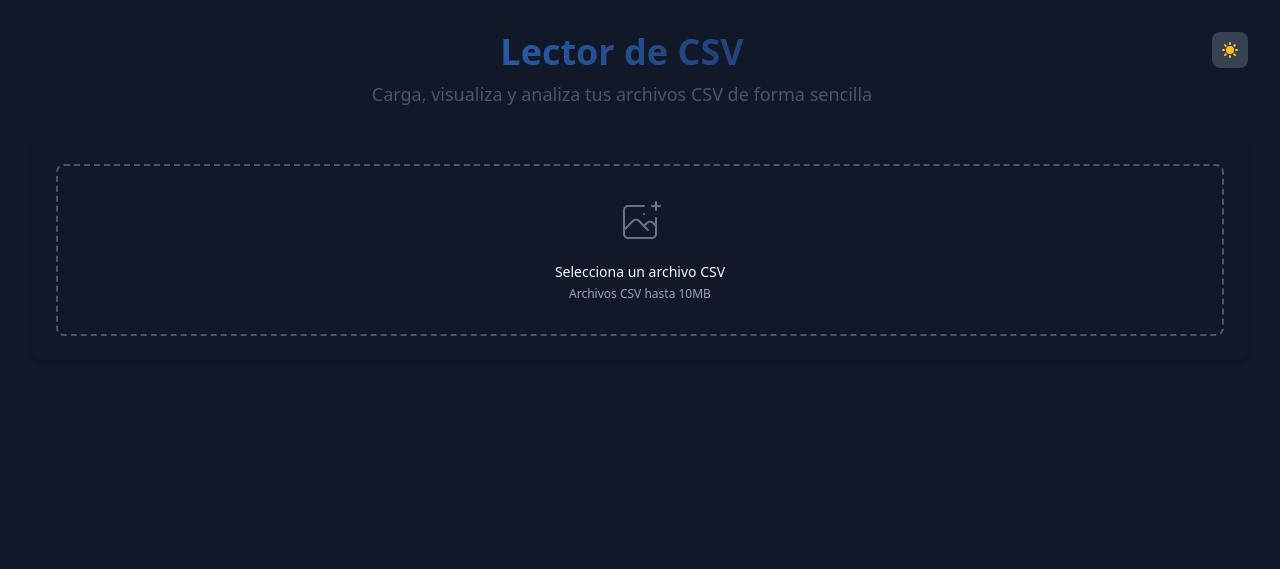
Repository: aitorcachero/lector-csv
Page: /
The author's editor kept a copy of each file at every save. The page is drawn from the files as they stood at one save, then again after the next save.
The browser window is 1280 px wide. The pictures show the whole page.
The project was rebuilt for these pictures with package versions that can differ from the ones it lists, and the page was loaded fresh each time. The framework's server and built-in components were replaced by stand-ins that run in the browser. Also part of the build but not shown: next.config.mjs, src/components/LoadingSpinner.js, src/components/ErrorMessage.js, src/components/SearchBar.js, src/components/ColumnSelector.js, src/components/DataTable.js, src/components/Pagination.js.

Above is the page before, as saved 2025-06-23 12:11:24.

After the next save:
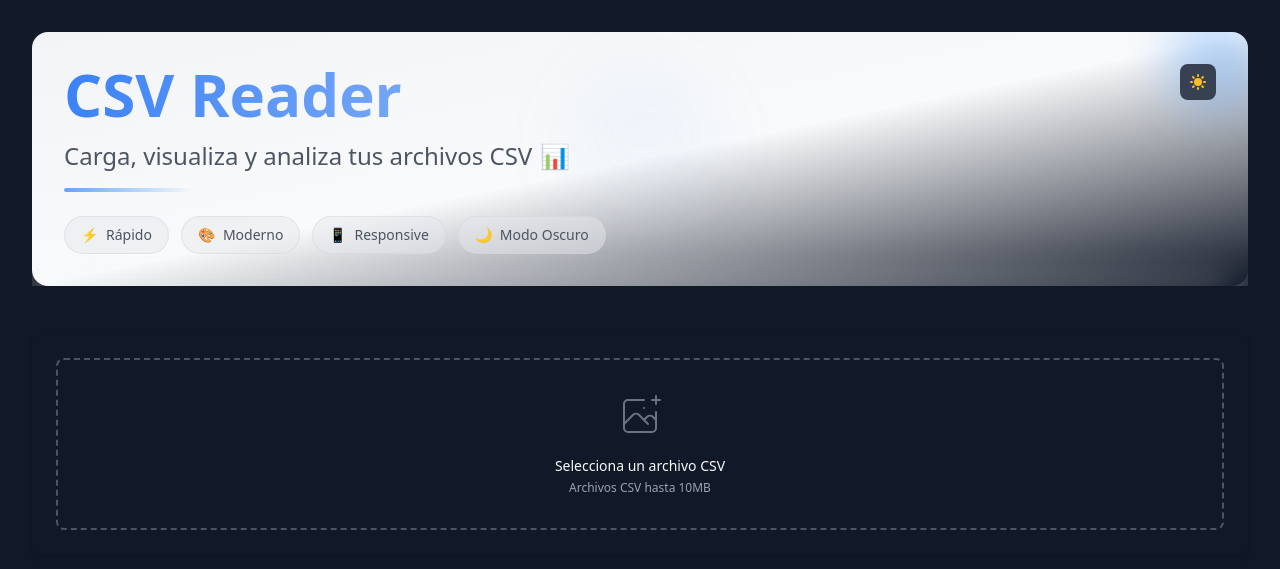
Saved 58 s later.
--- a/src/components/HeaderSection.js
+++ b/src/components/HeaderSection.js
@@ -5,24 +5,111 @@ export default function HeaderSection() {
   const { isDarkMode } = useTheme();
 
   return (
-    <div className="text-center mb-8">
-      <div className="flex justify-between items-start mb-4">
-        <div className="flex-1">
-          <h1 className={`text-4xl font-bold mb-2 bg-clip-text text-transparent bg-gradient-to-r ${
-            isDarkMode
-              ? 'from-blue-400 to-purple-400'
-              : 'from-blue-600 to-purple-600'
-          }`}>
-            Lector de CSV
-          </h1>
-          <p className={`text-lg transition-colors duration-300 ${
-            isDarkMode ? 'text-gray-300' : 'text-gray-600'
-          }`}>
-            Carga, visualiza y analiza tus archivos CSV de forma sencilla
-          </p>
+    <div className="relative overflow-hidden mb-12">
+      {/* Fondo con gradiente moderno */}
+      <div
+        className={`relative rounded-2xl p-8 transition-all duration-500 ${
+          isDarkMode
+            ? 'bg-gradient-to-br from-gray-800 via-gray-900 to-black shadow-2xl shadow-gray-900/50'
+            : 'bg-gradient-to-br from-blue-50 via-indigo-50 to-purple-50 shadow-2xl shadow-blue-200/30'
+        }`}
+      >
+        {/* Elementos decorativos animados */}
+        <div className="absolute inset-0 overflow-hidden rounded-2xl">
+          <div
+            className={`absolute -top-4 -right-4 w-24 h-24 rounded-full blur-xl opacity-30 animate-pulse ${
+              isDarkMode ? 'bg-blue-500' : 'bg-purple-400'
+            }`}
+          ></div>
+          <div
+            className={`absolute -bottom-4 -left-4 w-32 h-32 rounded-full blur-xl opacity-20 animate-pulse ${
+              isDarkMode ? 'bg-purple-500' : 'bg-blue-400'
+            }`}
+            style={{ animationDelay: '1s' }}
+          ></div>
+          <div
+            className={`absolute top-1/2 left-1/2 transform -translate-x-1/2 -translate-y-1/2 w-40 h-40 rounded-full blur-2xl opacity-10 ${
+              isDarkMode
+                ? 'bg-gradient-to-r from-blue-500 to-purple-500'
+                : 'bg-gradient-to-r from-purple-400 to-blue-400'
+            }`}
+            style={{ animation: 'spin 20s linear infinite' }}
+          ></div>
         </div>
-        <ThemeToggle />
+
+        {/* Contenido principal */}
+        <div className="relative z-10">
+          <div className="flex justify-between items-start mb-6">
+            <div className="flex-1">
+              {/* Título simple con gradiente elegante */}
+              <h1
+                className={`text-5xl md:text-6xl font-bold mb-4 bg-clip-text text-transparent bg-gradient-to-r ${
+                  isDarkMode
+                    ? 'from-blue-400 to-purple-400'
+                    : 'from-blue-600 to-purple-600'
+                }`}
+              >
+                CSV Reader
+              </h1>
+
+              {/* Subtítulo moderno */}
+              <p
+                className={`text-xl md:text-2xl font-medium transition-colors duration-500 ${
+                  isDarkMode ? 'text-gray-300' : 'text-gray-700'
+                }`}
+              >
+                Carga, visualiza y analiza tus archivos CSV
+                <span className="inline-block ml-2">📊</span>
+              </p>
+
+              {/* Línea decorativa */}
+              <div
+                className={`mt-4 h-1 w-32 rounded-full bg-gradient-to-r ${
+                  isDarkMode
+                    ? 'from-blue-500 to-purple-500'
+                    : 'from-purple-500 to-blue-500'
+                }`}
+              ></div>
+            </div>
+
+            {/* Toggle con hover mejorado */}
+            <div className="transform hover:scale-110 transition-transform duration-300">
+              <ThemeToggle />
+            </div>
+          </div>
+
+          {/* Indicadores de características */}
+          <div className="flex flex-wrap gap-3 mt-6">
+            {[
+              { icon: '⚡', text: 'Rápido' },
+              { icon: '🎨', text: 'Moderno' },
+              { icon: '📱', text: 'Responsive' },
+              { icon: '🌙', text: 'Modo Oscuro' },
+            ].map((feature) => (
+              <div
+                key={feature.text}
+                className={`px-4 py-2 rounded-full text-sm font-medium transition-all duration-300 hover:scale-105 hover:shadow-lg ${
+                  isDarkMode
+                    ? 'bg-gray-700/50 text-gray-300 border border-gray-600/50 hover:bg-gray-600/50'
+                    : 'bg-white/70 text-gray-700 border border-gray-200/50 hover:bg-white/90'
+                }`}
+              >
+                <span className="mr-2">{feature.icon}</span>
+                {feature.text}
+              </div>
+            ))}
+          </div>
+        </div>
       </div>
+
+      {/* Sombra inferior */}
+      <div
+        className={`absolute -bottom-2 left-4 right-4 h-4 rounded-full blur-lg opacity-30 ${
+          isDarkMode
+            ? 'bg-gradient-to-r from-gray-800 to-gray-900'
+            : 'bg-gradient-to-r from-blue-200 to-purple-200'
+        }`}
+      ></div>
     </div>
   );
 }
